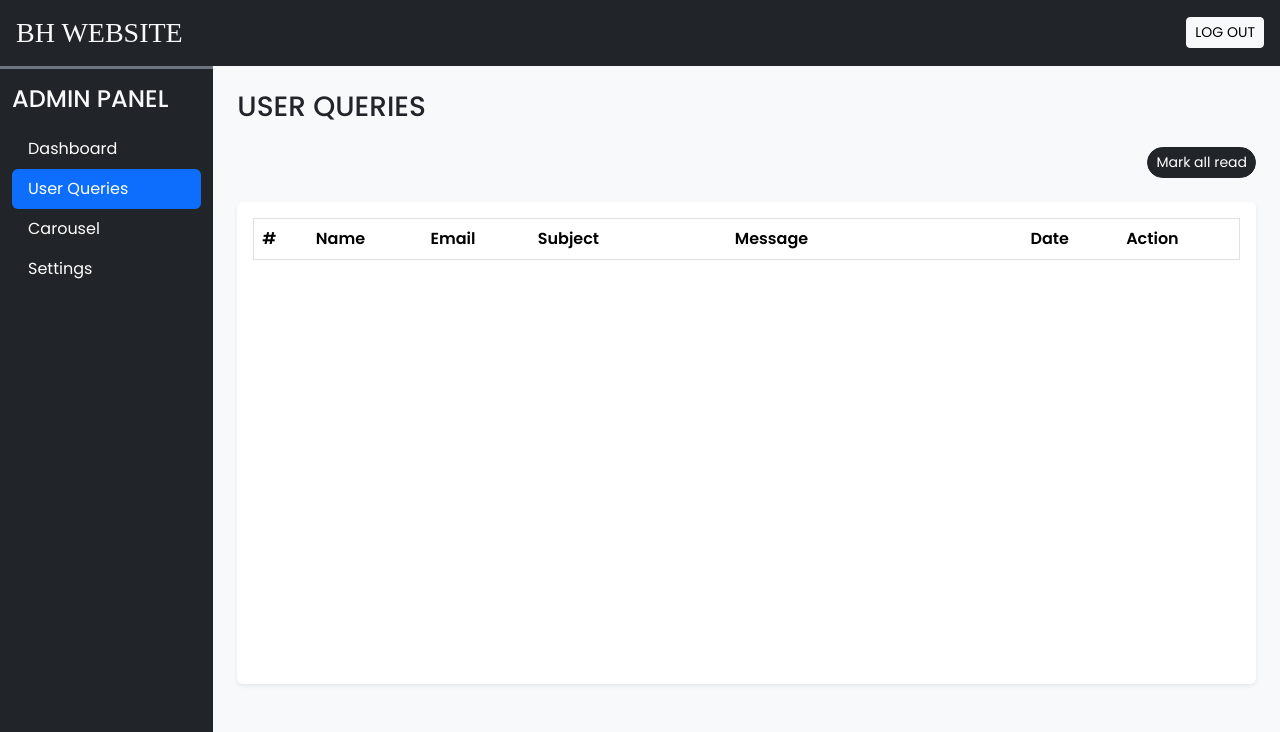
Repository: ntruong0906/desktop-tutorial
Page: http://localhost/hbwebsite/WebsiteBookingHotel/admin/user_queries.php
These files come from the project's save history. The page is drawn as it stood at one moment and after the next save; the edit follows.
The browser window is 1280 px wide. The pictures show the whole page.
Some web fonts or font styles are not loaded; a fallback is used. The page is run by PHP 8.4 with error messages shown; the project is at /var/www/html/. The session is filled in as if someone had signed in: {"adminLogin": true, "adminId": 1}. Queries for data that is not in the repository find no rows.

Above is the page before, as saved 2024-05-07 21:50:39.

After the next save:
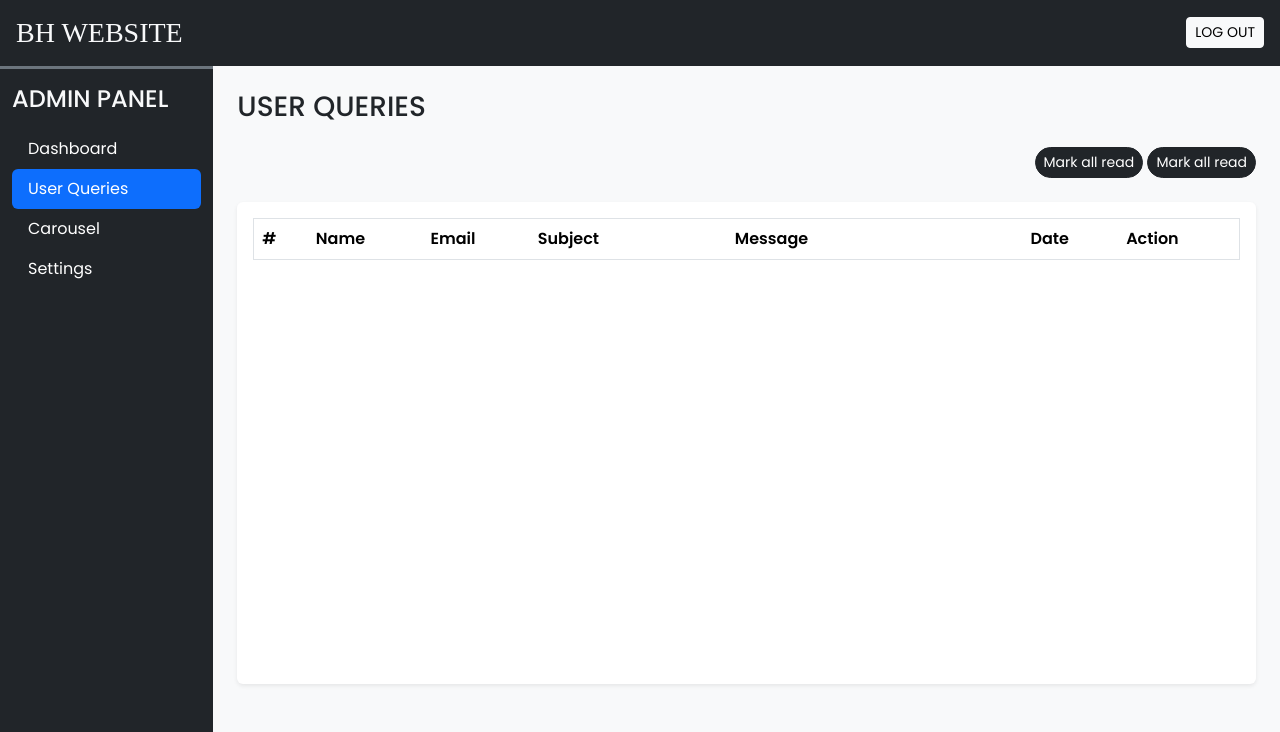
Saved 19 s later.
--- a/WebsiteBookingHotel/admin/user_queries.php
+++ b/WebsiteBookingHotel/admin/user_queries.php
@@ -70,6 +70,7 @@ if(isset($_GET['del']))
                 <h3 class="mb-4">USER QUERIES</h3>
                 <div class="text-end mb-4">
                     <a href="?seen=all" class="btn btn-dark rounded-pill shadow-none btn-sm">Mark all read</a>
+                    <a href="?seen=all" class="btn btn-dark rounded-pill shadow-none btn-sm">Mark all read</a>
                 </div>
 
                 <div class="card border-0 shadow-sm mb-4">
